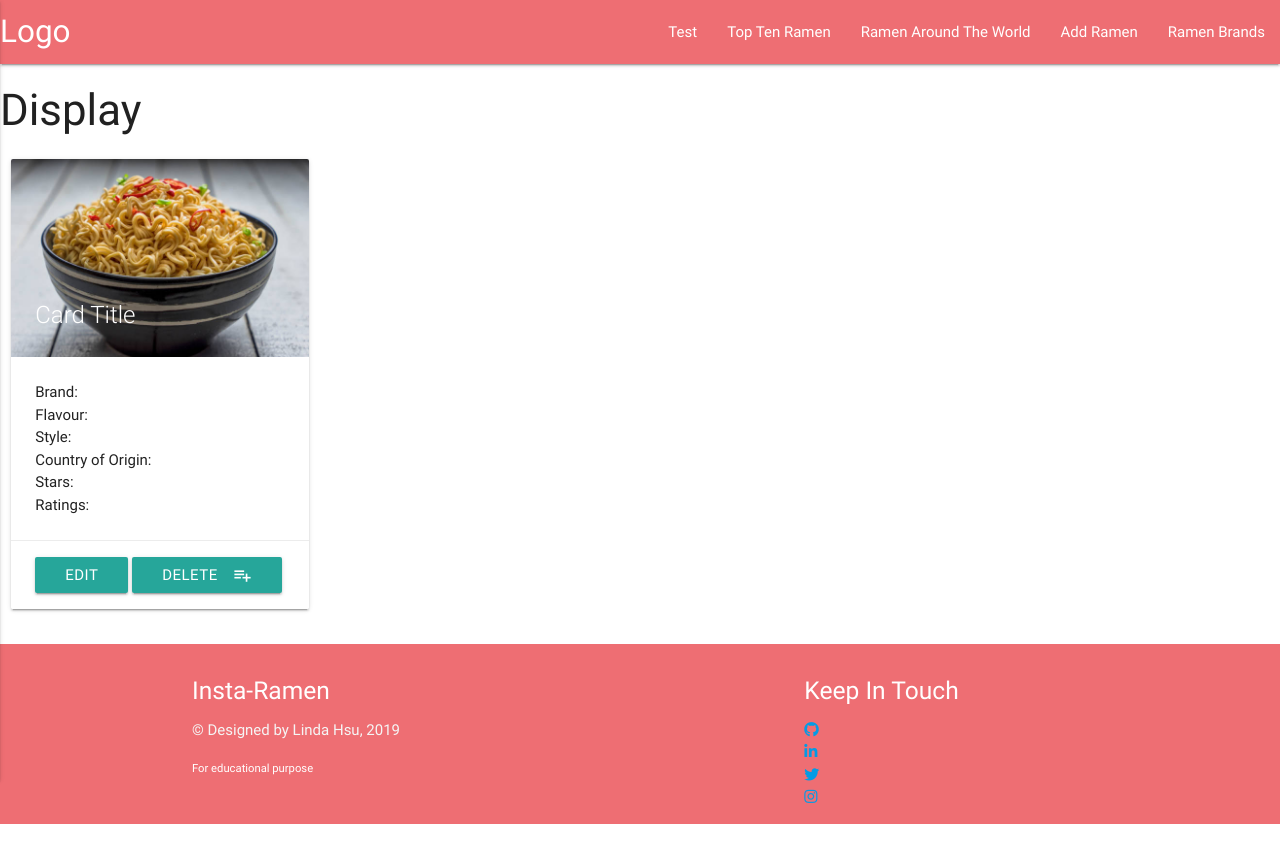
Repository: Paddlepop25/codeinstitute-insta-ramen
Page: templates/display_ramen.html
The author's editor kept a record of every edit. The page is drawn from the files as they stood at one moment, then again after the next edit.
The browser window is 1280 px wide. The pictures show the whole page.
Some web libraries are served in a nearby version. The page is served by the project's application, run on Flask 3 (app.py). The template is opened directly, without the code that normally fills it, so the values that code supplies are empty.

Above is the page before.

After the next edit:
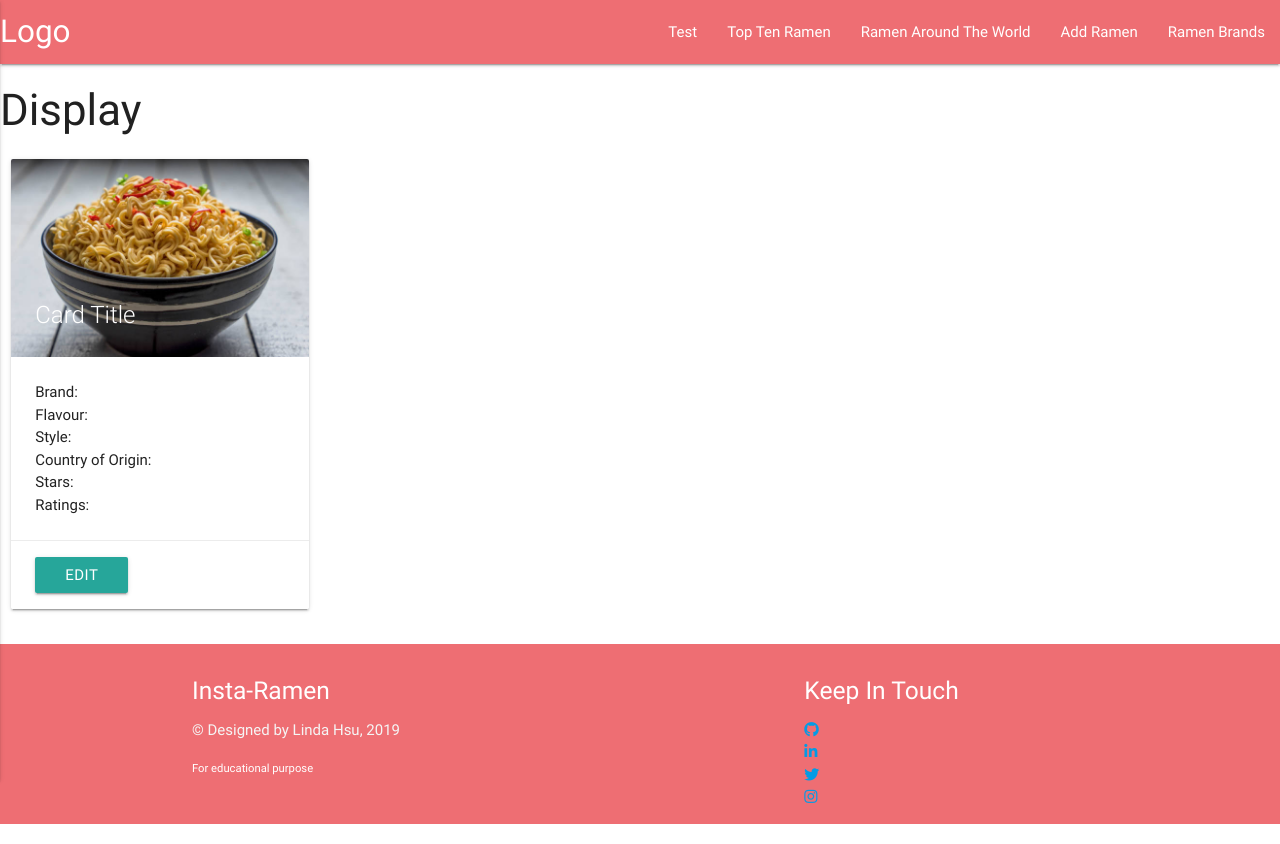
The edit:
--- a/templates/display_ramen.html
+++ b/templates/display_ramen.html
@@ -19,7 +19,7 @@
       </div>
       <div class="card-action">
         <a href="{{url_for('edit_ramen', ramen_id=ramen._id)}}" class="waves-effect waves-light btn">Edit</a>
-        <a href="{{url_for('delete_ramen', ramen_id=ramen._id)}}" class="waves-effect waves-light btn"><i class="material-icons right">playlist_add</i> Delete</a>
+        <!--<a href="{{url_for('delete_ramen', ramen_id=ramen._id)}}" class="waves-effect waves-light btn"><i class="material-icons right">playlist_add</i> Delete</a>-->
 
       <!--  <button class="btn waves-effect waves-light" type="submit" name="action">Delete ramen-->
       <!--  <a href="{{url_for('delete_ramen', ramen_id=ramen._id)}}"></a>-->
